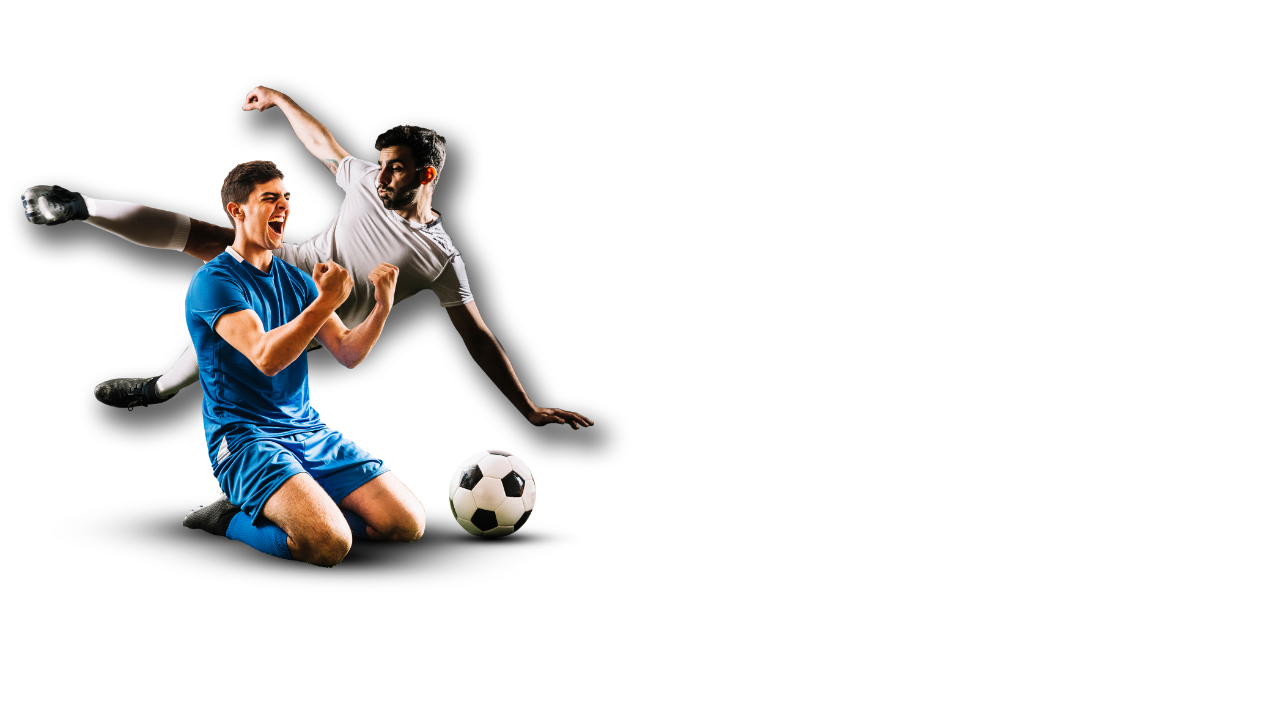
Repository: ritikalohia/tepid-frontend
Page: account.html
An editor plug-in stored every save of this project. The page is shown before and after a run of saves, followed by the edit.
The browser window is 1280 px wide. The pictures show the whole page.

Above is the page before, as saved 2021-06-09 12:19:57.

After the next 2 saves:
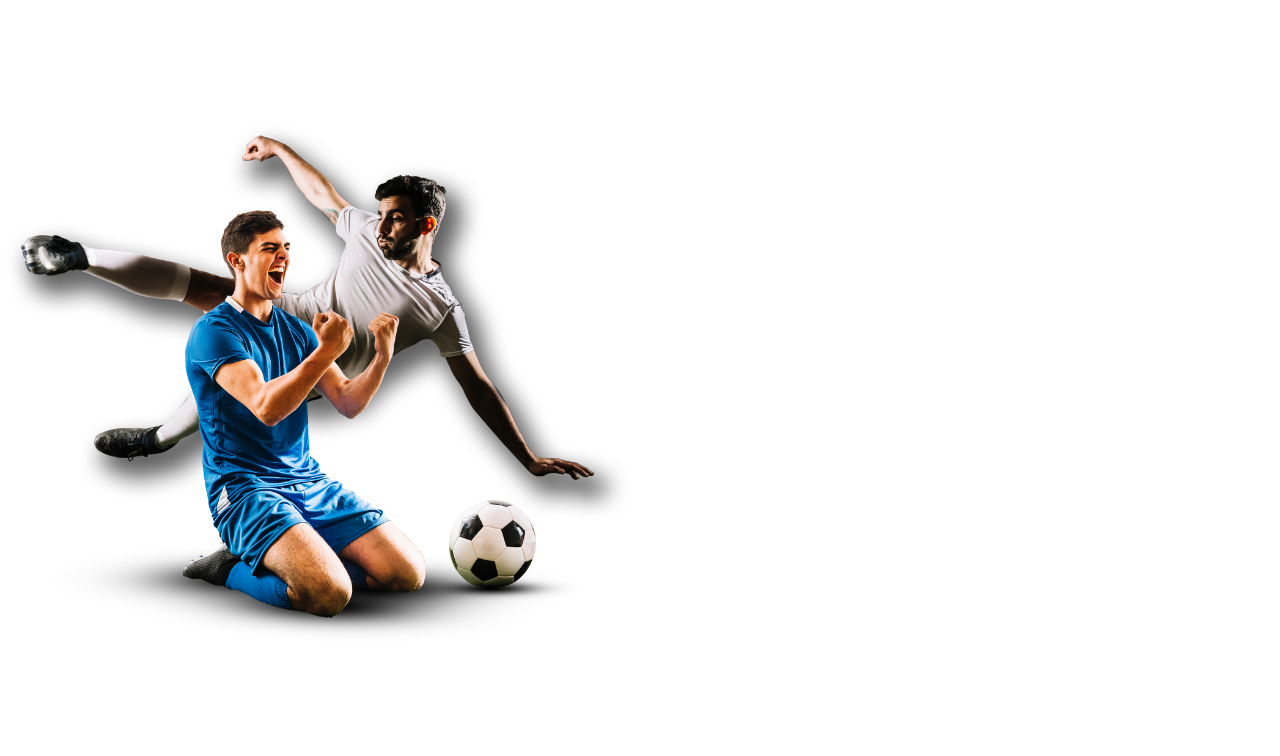
The 2 saves are shown as one change because they came seconds apart.
The last was saved 13 s later.
--- a/style.css
+++ b/style.css
@@ -528,3 +528,6 @@ th:last-child{
 
 
 /* account page */
+.account-page{
+    padding: 50px 0;
+}
